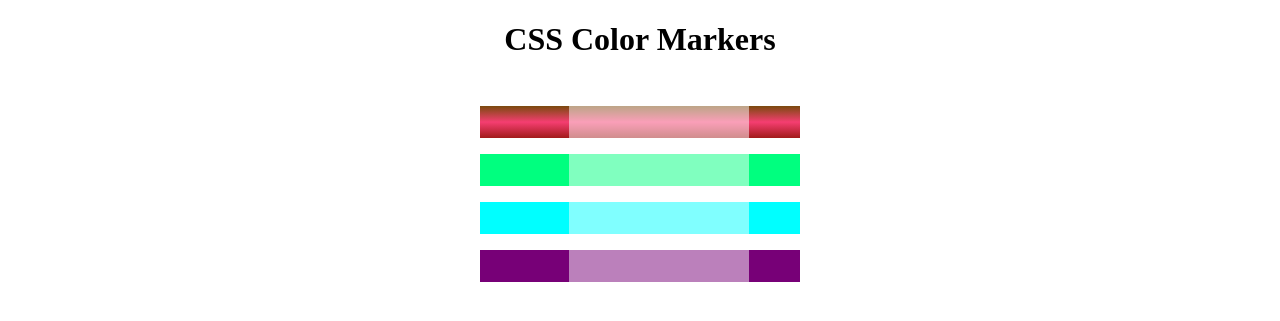
Repository: Lungdjos/color_markers
Page: index.html
These files come from the project's save history. The page is drawn as it stood at one moment and after the next save; the edit follows.
The browser window is 1280 px wide. The pictures show the whole page.

Above is the page before, as saved 2023-09-18 18:49:41.

### index.html
<!DOCTYPE html>
<html lang="en">

<head>
    <meta charset="UTF-8">
    <meta name="viewport" content="width=device-width, initial-scale=1.0">
    <title>Colored Markers</title>
    <link rel="stylesheet" href="styles.css">
</head>

<body>
    <h1>CSS Color Markers</h1>
    <div class="container">
        <div class="marker orange">
            <div class="cap"></div>
            <div class="sleeve"></div>
        </div>
        <div class="marker green">
            <div class="cap"></div>
            <div class="sleeve"></div>
        </div>
        <div class="marker cyan">
            <div class="cap"></div>
            <div class="sleeve"></div>
        </div>
        <div class="marker purple">
            <div class="cap"></div>
            <div class="sleeve"></div>
        </div>
    </div>
</body>

</html>

### styles.css
/* STYLING */

h1 {
    text-align: center;
}

.marker {
    /* background-color: red; */
    width: 320px;
    height: 32px;
    margin: 16px auto;
}

.orange {
    background: linear-gradient(rgb(122, 74, 14), rgb(245, 62, 113), rgb(162, 27, 27));
}

.green {
    background-color: rgb(0, 255, 127);
}

.cyan {
    background-color: #00ffff;
}

.purple {
    background-color: #707;
}

.container {
    background-color: hsl(255, 100%, 100%);
    margin: auto;
    padding: 10px 0px;
}

.sleeve {
    width: 180px;
    height: 32px;
    background-color: rgba(255, 255, 255, 0.5);
    border-left-width: 40px;
    /* border-left-style: solid; */
}

.cap {
    width: 85px;
    height: 32px;
}

.cap,
.sleeve {
    display: inline-block;
}

After the next save:
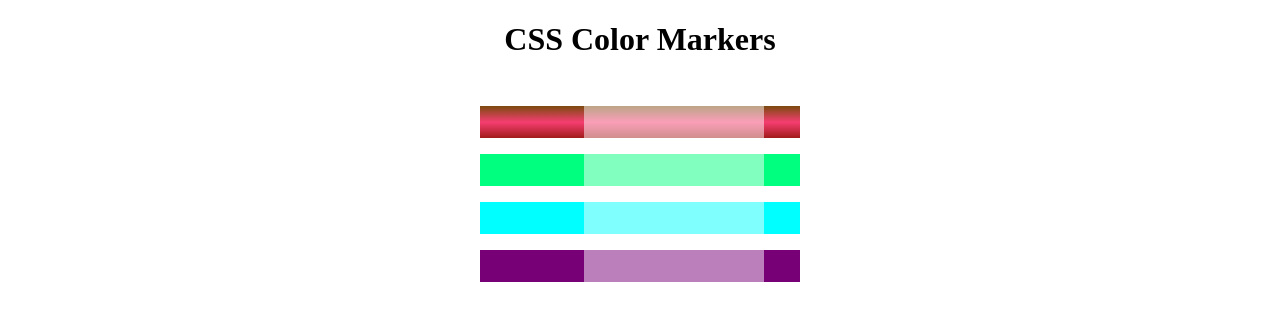
Saved 10 s later.
--- a/styles.css
+++ b/styles.css
@@ -42,7 +42,7 @@ h1 {
 }
 
 .cap {
-    width: 85px;
+    width: 100px;
     height: 32px;
 }
 
